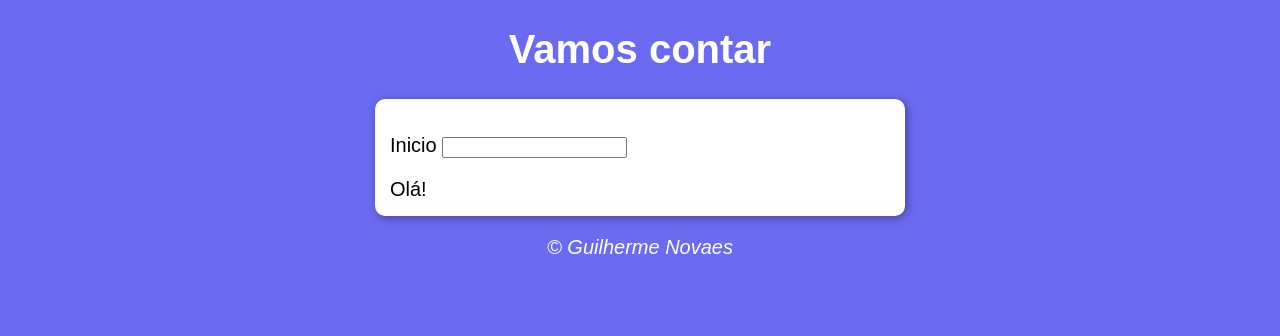
Repository: Guilherme-RNovaes/JavaScript-Curso
Page: Aula 14ex/ex016/index.html
An editor plug-in stored every save of this project. The page is shown before and after the next save, followed by the edit.
The browser window is 1280 px wide. The pictures show the whole page.

Above is the page before, as saved 2022-09-07 10:20:35.

### Aula 14ex/ex016/index.html
<!DOCTYPE html>
<html lang="pt-br">
<head>
    <meta charset="UTF-8">
    <meta http-equiv="X-UA-Compatible" content="IE=edge">
    <meta name="viewport" content="width=device-width, initial-scale=1.0">
    <title>Modelo de Exercício</title>
    <link rel="stylesheet" href="src/Style/style.css">
</head>
<body>
    <header>
        <h1>Vamos contar</h1>
    </header>
    <section>
        <div>
            <p>Inicio <input type="number" name="firstn" id="firstn"></p>
            <p></p>
            <p></p>
        </div>
        <div>
            Olá!
        </div>
    </section>
    <footer>
        <p>&copy; Guilherme Novaes</p>
    </footer>
    <script src="script.js"></script>
</body>
</html>

### Aula 14ex/ex016/src/Style/style.css
body{
    background-color: rgb(107, 107, 241);
    font: normal 15pt Arial;
}
header {
    color: white;
    text-align: center;
}

section{
    background-color: white;
    border-radius: 10px;
    padding: 15px;
    width: 500px;
    margin: auto;
    box-shadow: 2px 2px 10px rgba(0, 0, 0, 0.36);
}

footer{
    color: white;
    text-align: center;
    font-style: italic;
}

div img{
    width: 250px;
    height: 250px;
    border-radius: 100%;
}

Loaded but not shown: Aula 14ex/ex016/script.js (no copy from this time; the picture is the same without it)

After the next save:
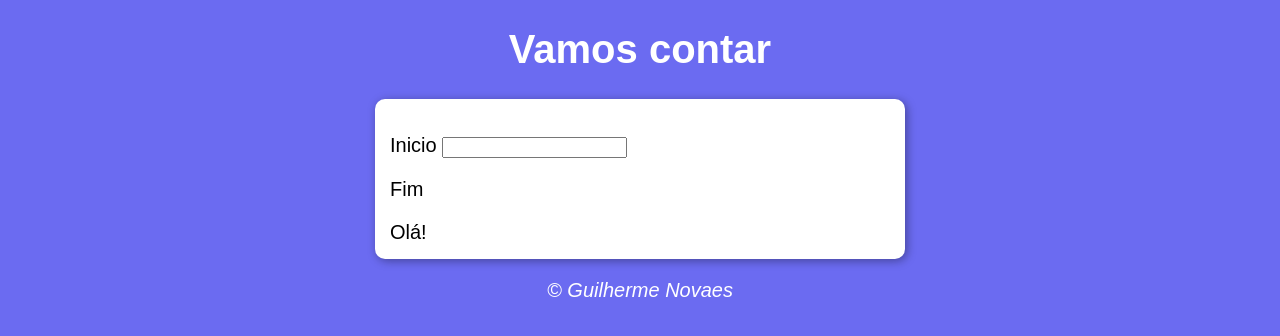
Saved 4 s later.
--- a/Aula 14ex/ex016/index.html
+++ b/Aula 14ex/ex016/index.html
@@ -14,7 +14,7 @@
     <section>
         <div>
             <p>Inicio <input type="number" name="firstn" id="firstn"></p>
-            <p></p>
+            <p>Fim</p>
             <p></p>
         </div>
         <div>
